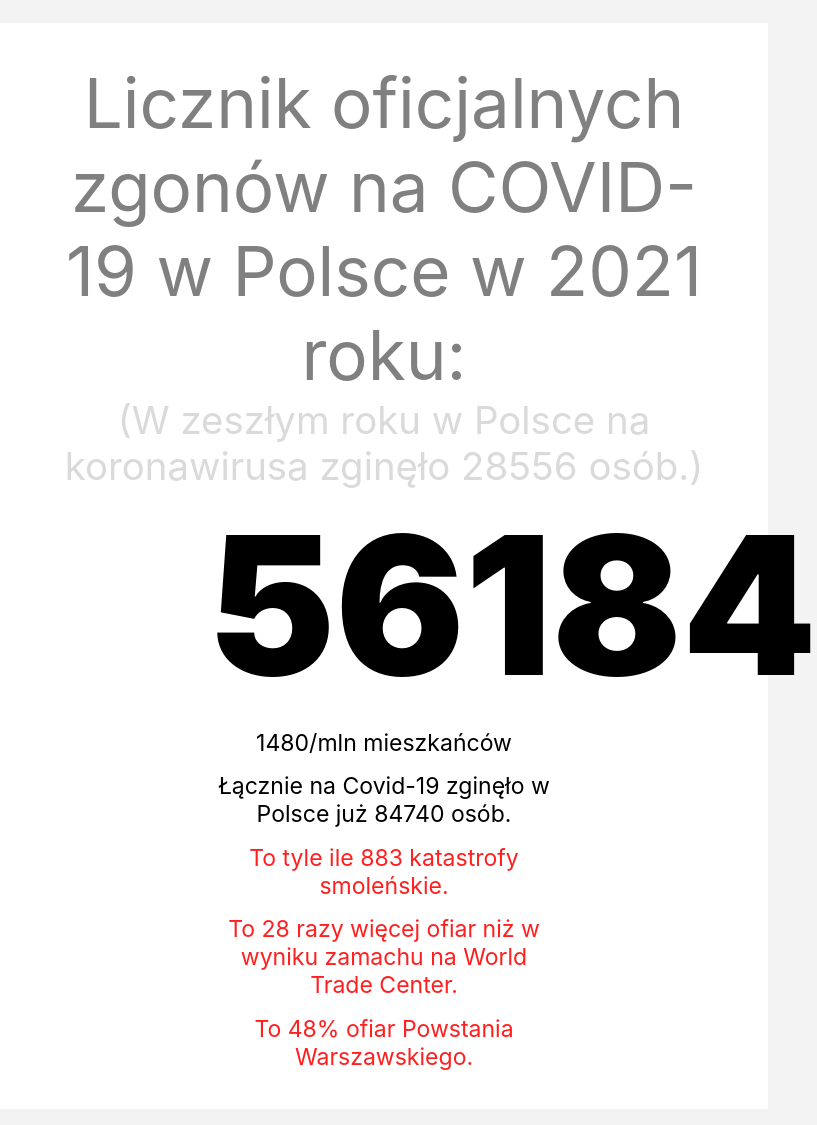
Repository: michalgornicki/poland-covid
Page: /
An editor plug-in stored every save of this project. The page is shown before and after the next save, followed by the edit.
The browser window is 768 px wide. The page is 817 px wide, then 768 px, so the pictures cover 817 px, including what lies to the right of the window. The pictures show the whole page.
The project was rebuilt for these pictures with package versions that can differ from the ones it lists, and the page was loaded fresh each time.

Above is the page before, as saved 2021-12-04 19:53:27.

After the next save:
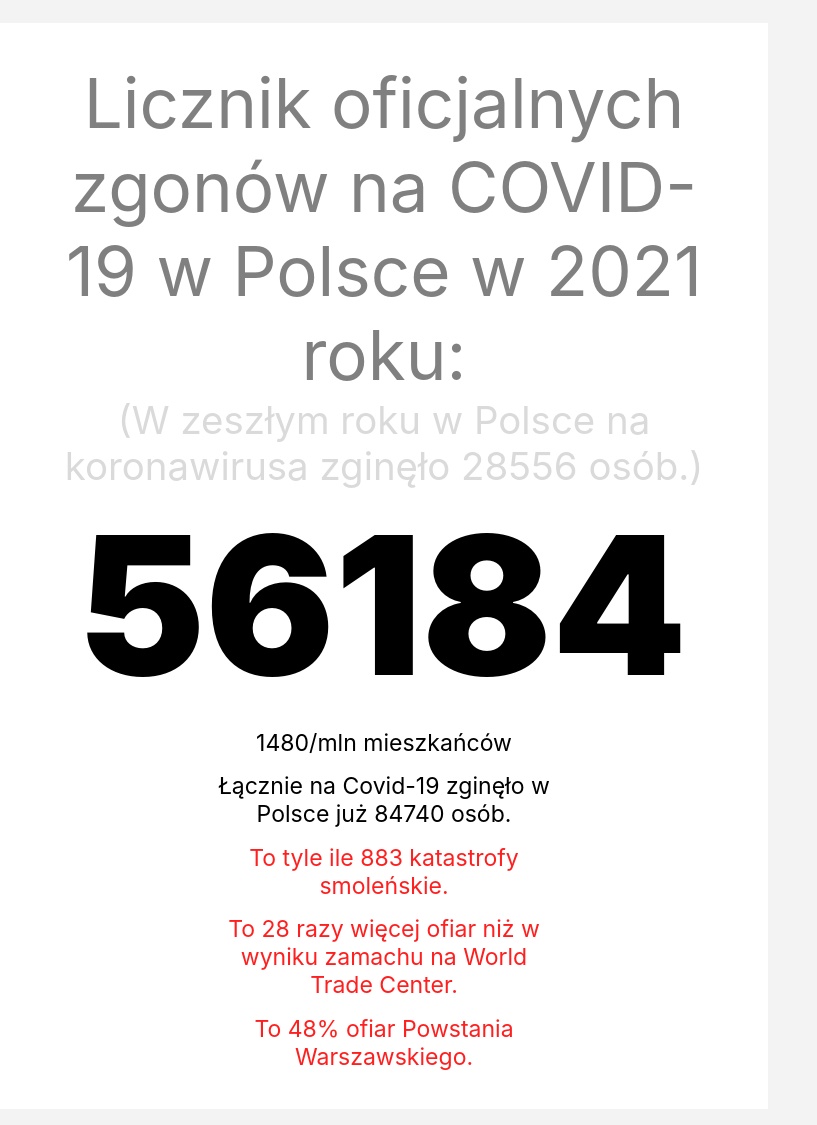
Saved 13 s later.
--- a/src/App.css
+++ b/src/App.css
@@ -102,7 +102,7 @@ body{
         font-weight: 900;
         display: block;
         margin: auto;
-        width: 50%;
+        width: fit-content;
         text-align: center;
         color: rgb(0, 0, 0);
     }
